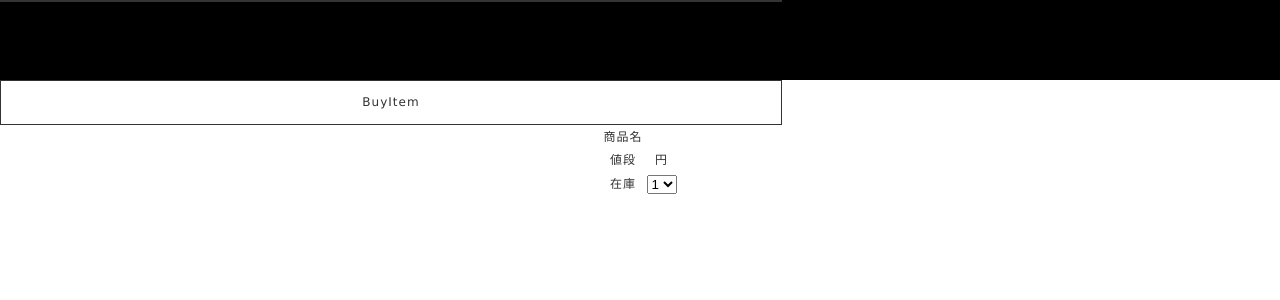
Repository: cha-git/ecsite
Page: http://localhost/template/buyItem.jsp
An editor plug-in stored every save of this project. The page is shown before and after the next save, followed by the edit.
The browser window is 1280 px wide. The pictures show the whole page.
The page is served by Tomcat 9. Other server files are loaded and not shown.

Above is the page before, as saved 2018-12-21 10:39:43.

### template/WebContent/buyItem.jsp
<%@ page language="java" contentType="text/html; charset=UTF-8"
    pageEncoding="UTF-8"%>
<%@ taglib prefix="s" uri="/struts-tags" %>
<!DOCTYPE html>
<html>
<head>
	<meta http-equiv="Content-Type" content="text/html; charset=UTF-8" />
	<meta http-equiv="Conten-Style-Type" content="text/css" />
	<meta http-equiv="Content-Script-Type" content="text/javascript" />
	<meta http-equiv="imagetoolbar" content="" />
	<meta name="description" content="" />
	<meta name="keywords" content="" />
	<title>buyItem画面</title>

	<style type="text/css">
	/* ========TAG LAYOUT======== */
	body {
		margin:0;
		padding:0;
		line-height:1.6;
		letter-spacing:1px;
		font-family:Verdana, Helvetica, sans-serif;
		font-size:12px;
		color:#333;
		background:#fff;
	}

	table {
		text-align:center;
		margin:0 auto;
	}
	/* ========ID LAYOUT======== */
	#top {
		width:780px;
		margin:30px,auto;
		border:1px solid #333;
	}

	#header {
		width:100%;
		height:80px;
		background-color:black;
	}

	#main {
		width:100%;
		height:500px;
		text-align:center;
	}

	#footer {
		width:100%;
		height:80px;
		background-color:black;
		clear:both;
	}
	</style>
</head>
<body>
	<div id="header">
		<div id="top">
		</div>
	</div>
	<div id="main">
		<div id="top">
			<p>BuyItem</p>
		</div>
		<div>
		<s:form action="BuyItemAction">
			<table>
				<tr>
					<td>
						<span>商品名</span>
					</td>
					<td>
						<s:property value="session.buyItem_name" />
					</td>
				</tr>
				<tr>
					<td>
						<span>値段</span>
					</td>
					<td>
					<s:property value="session.buyItem_price" />
						<span>円 </span>
					</td>
				</tr>
				<tr>
					<td>
						<span>在庫</span>
					</td>
					<td>
						<select name="stock">
						<option value="1" selected="selected">1</option>
							<option value="2">2</option>
							<option value="3">3</option>
							<option value="4">4</option>
							<option value="5">5</option>
						</select>
					</td>
				</tr>
				<tr>

				</tr>
			</table>
		</s:form>
		</div>
	</div>
</body>
</html>

After the next save:
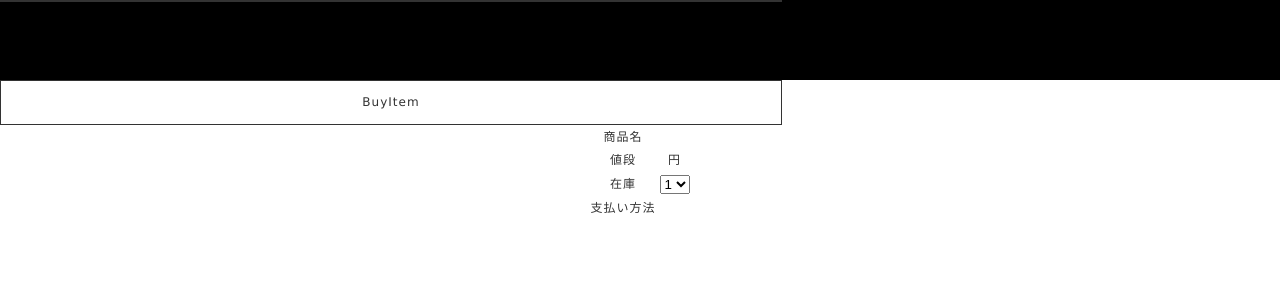
Saved 17 s later.
--- a/template/WebContent/buyItem.jsp
+++ b/template/WebContent/buyItem.jsp
@@ -100,7 +100,9 @@
 					</td>
 				</tr>
 				<tr>
-
+					<td>
+						<span>支払い方法</span>
+					</td>
 				</tr>
 			</table>
 		</s:form>
